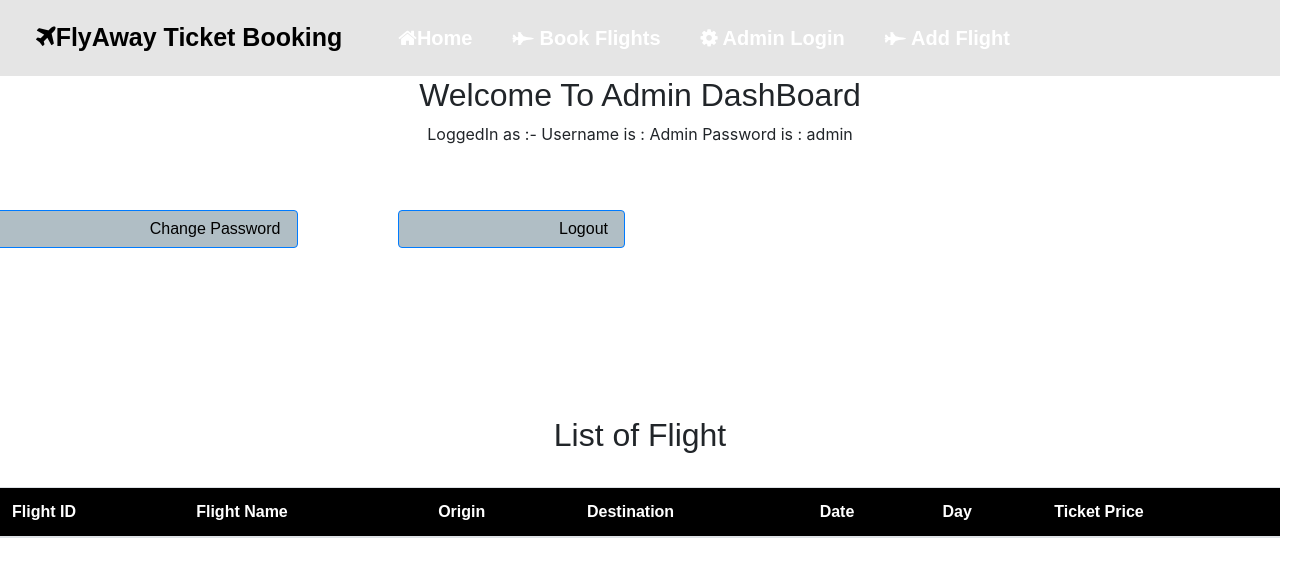
Repository: sayrabano/Phase2-project
Page: http://localhost/FlyAway/adminDashboard.jsp
An editor plug-in stored every save of this project. The page is shown before and after the next save, followed by the edit.
The browser window is 1280 px wide. The page is 1295 px wide, so the pictures cover 1295 px, including what lies to the right of the window. The pictures show the whole page.
Some web fonts or font styles are not loaded; a fallback is used. The page is served by Tomcat 9. Other server files are loaded and not shown. Queries for data that is not in the repository find no rows.

Above is the page before, as saved 2021-09-24 20:14:55.

### FlyAway/src/main/webapp/adminDashboard.jsp
<%@ page language="java" contentType="text/html; charset=ISO-8859-1"
	pageEncoding="ISO-8859-1"%>
<%@page import="java.sql.*"%>
<%@page import=" com.flyaway.LogIn"%>

<%
String driverName = "com.mysql.cj.jdbc.Driver";
String Url = "jdbc:mysql://localhost:3306/flyaway";

String userId = "root";
String password = "say123";

try {
	Class.forName(driverName);
} catch (ClassNotFoundException e) {
	e.printStackTrace();
}
Connection connection = null;
Statement statement = null;
ResultSet resultSet = null;
%>

<!DOCTYPE html>
<html>
<head>
<meta charset="ISO-8859-1">
<title>FlyAway</title>
<link rel="stylesheet"
	href="https://cdnjs.cloudflare.com/ajax/libs/font-awesome/4.7.0/css/font-awesome.min.css">
<!-- Required meta tags -->
<meta charset="utf-8">
<meta name="viewport"
	content="width=device-width, initial-scale=1, shrink-to-fit=no">

<!-- Bootstrap CSS -->
<link rel="stylesheet"
	href="https://maxcdn.bootstrapcdn.com/bootstrap/4.0.0/css/bootstrap.min.css"
	integrity="sha384-Gn5384xqQ1aoWXA+058RXPxPg6fy4IWvTNh0E263XmFcJlSAwiGgFAW/dAiS6JXm"
	crossorigin="anonymous">
<link rel="stylesheet"
	href="https://cdnjs.cloudflare.com/ajax/libs/font-awesome/4.7.0/css/font-awesome.min.css">
<link
	href="https://fonts.googleapis.com/css2?family=Baloo+Bhai+2:wght@500&display=swap"
	rel="stylesheet">
<link
	href="https://fonts.googleapis.com/css2?family=Ubuntu:ital,wght@1,700&display=swap"
	rel="stylesheet">
<link rel="stylesheet" href="CSS/style7.css" />
<style>
</style>
</head>

<body>

	<nav class="navbar navbar-expand-lg navbar-light bg-custom" id="navbar">





		<a class="navbar-brand" id="tag"><i class="fa fa-plane"
			aria-hidden="true"></i>FlyAway Ticket Booking</a>


		<div class="collapse navbar-collapse" id="navbarSupportedContent">
			<ul class="navbar-nav mr-auto">
				<li class="nav-item"><a class="nav-link" href="Home.jsp"> <i
						class="fa fa-home" aria-hidden="true"></i>Home
				</a></li>

				<li class="nav-item"><a class="nav-link"
					href="option-flightsearch.jsp"><i class="fa fa-fighter-jet"></i>
						Book Flights </a></li>
				<li class="nav-item"><a href="Login.jsp" class="nav-link"><i
						class="fa fa-gear"></i> Admin Login</a></li>
						<li class="nav-item"><a href="#" class="nav-link">
						<i class="fa fa-fighter-jet"></i> Add Flight</a></li>




			</ul>



		</div>

	</nav>


	<div>
		<h2>Welcome To Admin DashBoard</h2>
		<p style="text-align:center;"> LoggedIn as :- Username is : <%=LogIn.username %>
		Password is : <%=LogIn.password %>
</p>

	<br><br>

	</div>
	<div class="row" align="center">
	<div class="col-lg-3 col-md-4 col-sm-4 mb-4">
           <form action="Changepassword.jsp" method="get">
           <button type="submit" class="btn btn-primary btn">Change Password</button>
		</form>
        </div>
        <div class="col-lg-3 col-md-4col-sm-6 mb-4">
            <form action="LogOut" method="get">
           <button type="submit" class="btn btn-primary btn">Logout</button>
		</form>
        </div>

        </div>
        </div>
         <br><br><br><br><br><br>
               <center><h2>List of Flight</h2></center><br>

				<table class="table table-bodered table striped" align="center">
					<thead class="thead">
						<tr>
							<th scope="col">Flight ID</th>
							<th scope="col">Flight Name</th>
							<th scope="col">Origin</th>
							<th scope="col">Destination</th>
							<th scope="col">Date</th>
							<th scope="col">Day</th>
							<th scope="col">Ticket Price</th>
						</tr>
					</thead>
					<tbody class="tbody">


						<%
						try {
							connection = DriverManager.getConnection(Url, userId, password);
							statement = connection.createStatement();
							String sql = "SELECT * FROM flight_list";
							resultSet = statement.executeQuery(sql);
							while (resultSet.next()) {
						%>
						<tr>
							<td><%=resultSet.getString("Id")%></td>
							<td><%=resultSet.getString("Flight")%></td>
							<td><%=resultSet.getString("Origin")%></td>
							<td><%=resultSet.getString("Destination")%></td>
							<td><%=resultSet.getString("Day")%></td>
							<td><%=resultSet.getString("Date")%></td>
							<td><%=resultSet.getString("Ticket_Price")%></td>
						</tr>
						<%
						}
						} catch (Exception e) {
						e.printStackTrace();
						}

						%>
					</tbody>
				</table>

</body>
</html>

### FlyAway/src/main/webapp/CSS/style7.css
@charset "ISO-8859-1";
@charset "ISO-8859-1";

#navbar{
background-color:rgba(0,0,0,.1) ;
font-family:'Ubuntu', sans-serif;

}


#navbar ul li a{
	color:white;

	font-size:20px;
	font-weight:bold;
	padding:15px 20px;

}
#navbar ul li a:hover{
	color:black;
	background-color:white;
	border-radius:18px;


}


#tag{
	font-size:25px;
 color:black;
 font-weight:bold;


	float:right;
	padding: 10px 20px;

}
#gear{
	margin:2px;
	padding:10px;



}
#gear a:hover{



	background-color:white;


}
h2{
	text-align:center;
	font-family:'Ubuntu', sans-serif;
}
.btn{
	color:black;
	padding-left:10rem;
	padding-right:1rem;
	margin-top: 15;

   background-color:#b0bec5;
	font-family:'Ubuntu', sans-serif;
	float:right;
    display:flex;


}
.thead{
	background-color:#000000;
	font-family:'Ubuntu', sans-serif;
	color:white;
}
.tbody{
	background-color:#b0bec5;
	font-family:'Ubuntu', sans-serif;
}

After the next save:
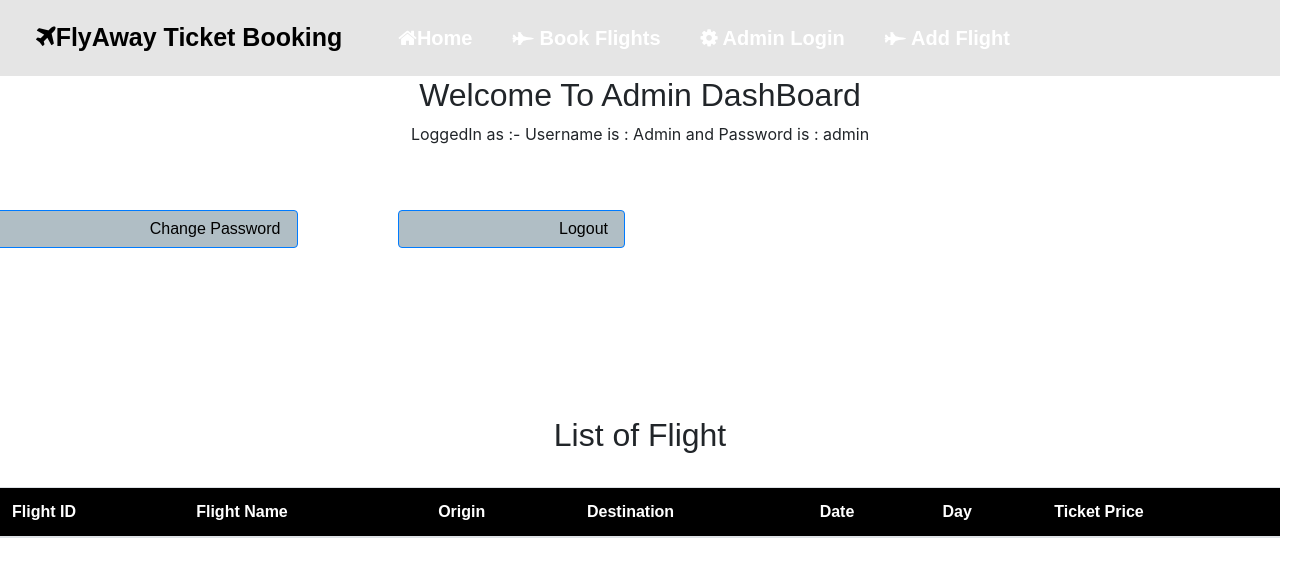
Saved 22 s later.
--- a/FlyAway/src/main/webapp/adminDashboard.jsp
+++ b/FlyAway/src/main/webapp/adminDashboard.jsp
@@ -90,7 +90,7 @@ ResultSet resultSet = null;
 
 	<div>
 		<h2>Welcome To Admin DashBoard</h2>
-		<p style="text-align:center;"> LoggedIn as :- Username is : <%=LogIn.username %>
+		<p style="text-align:center;"> LoggedIn as :- Username is : <%=LogIn.username %> and
 		Password is : <%=LogIn.password %>
 </p>
 
